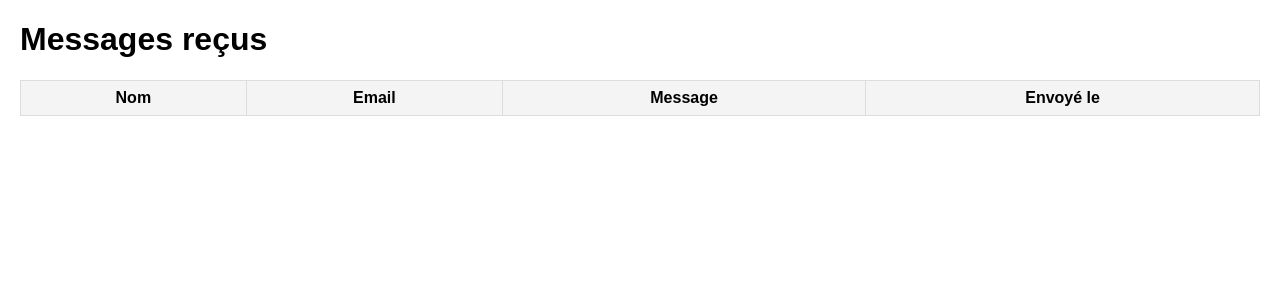
Repository: prestige225/prestige_digit_store_backend
Page: admin.html
The author's editor kept a copy of each file at every save. The page is drawn from the files as they stood at one save, then again after the next save.
The browser window is 1280 px wide. The pictures show the whole page.
The page's requests for data from a server got no answer.

Above is the page before, as saved 2025-06-05 02:35:32.
Not found: api/messages/all

After the next save:
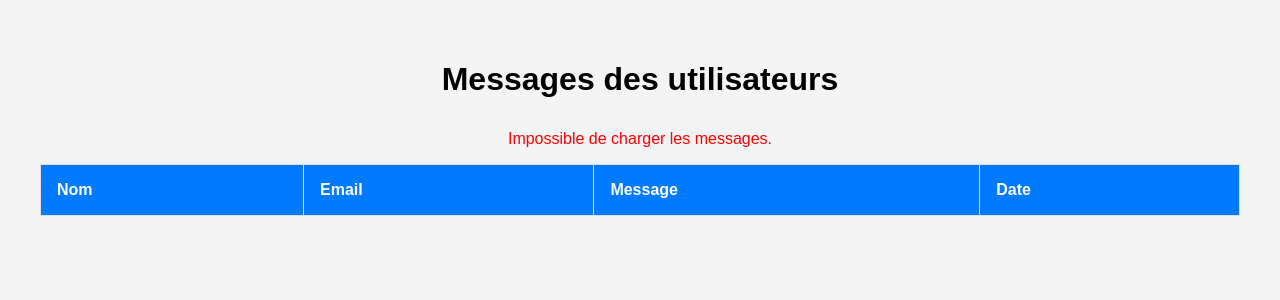
Saved 112 s later.
--- a/admin.html
+++ b/admin.html
@@ -3,65 +3,96 @@
 <html lang="fr">
 <head>
   <meta charset="UTF-8" />
-  <title>Page Admin - Messages reçus</title>
+  <meta name="viewport" content="width=device-width, initial-scale=1.0"/>
+  <title>Admin - Messages reçus</title>
   <style>
-    body { font-family: Arial, sans-serif; margin: 20px; }
-    table { border-collapse: collapse; width: 100%; }
-    th, td { border: 1px solid #ddd; padding: 8px; }
-    th { background: #f4f4f4; }
+    body {
+      font-family: Arial, sans-serif;
+      padding: 2rem;
+      background-color: #f4f4f4;
+    }
+
+    h1 {
+      text-align: center;
+      margin-bottom: 2rem;
+    }
+
+    table {
+      width: 100%;
+      border-collapse: collapse;
+      background-color: white;
+    }
+
+    th, td {
+      padding: 1rem;
+      border: 1px solid #ddd;
+      text-align: left;
+    }
+
+    th {
+      background-color: #007BFF;
+      color: white;
+    }
+
+    tr:nth-child(even) {
+      background-color: #f9f9f9;
+    }
+
+    .error {
+      color: red;
+      text-align: center;
+    }
   </style>
 </head>
 <body>
 
-<h1>Messages reçus</h1>
+  <h1>Messages des utilisateurs</h1>
+  <p id="error" class="error"></p>
 
-<table id="messagesTable">
-  <thead>
-    <tr>
-      <th>Nom</th>
-      <th>Email</th>
-      <th>Message</th>
-      <th>Envoyé le</th>
-    </tr>
-  </thead>
-  <tbody>
-    <!-- Les messages seront insérés ici -->
-  </tbody>
-</table>
+  <table id="messagesTable">
+    <thead>
+      <tr>
+        <th>Nom</th>
+        <th>Email</th>
+        <th>Message</th>
+        <th>Date</th>
+      </tr>
+    </thead>
+    <tbody>
+      <!-- Les messages seront insérés ici -->
+    </tbody>
+  </table>
 
-<script>
-  // Fonction pour charger les messages depuis le backend
-  async function loadMessages() {
-    try {
-      const response = await fetch('/api/messages/all');
-      if (!response.ok) {
-        throw new Error('Erreur lors de la récupération des messages');
-      }
-      const messages = await response.json();
+  <script>
+    fetch('http://localhost:3000/api/messages')
+      .then(res => {
+        if (!res.ok) throw new Error('Erreur lors du chargement des messages');
+        return res.json();
+      })
+      .then(data => {
+        const tbody = document.querySelector('#messagesTable tbody');
 
-      const tbody = document.querySelector('#messagesTable tbody');
-      tbody.innerHTML = ''; // vide le tableau
+        if (data.length === 0) {
+          document.getElementById('error').textContent = 'Aucun message trouvé.';
+          return;
+        }
 
-      messages.forEach(msg => {
-        const tr = document.createElement('tr');
-
-        tr.innerHTML = `
-          <td>${msg.name}</td>
-          <td>${msg.email}</td>
-          <td>${msg.message}</td>
-          <td>${msg.created_at}</td>
-        `;
-
-        tbody.appendChild(tr);
+        data.forEach(msg => {
+          const row = document.createElement('tr');
+          row.innerHTML = `
+            <td>${msg.name}</td>
+            <td>${msg.email}</td>
+            <td>${msg.message}</td>
+            <td>${new Date(msg.created_at).toLocaleString()}</td>
+          `;
+          tbody.appendChild(row);
+        });
+      })
+      .catch(err => {
+        console.error(err);
+        document.getElementById('error').textContent = 'Impossible de charger les messages.';
       });
-    } catch (error) {
-      alert(error.message);
-    }
-  }
-
-  // Chargement au démarrage de la page
-  window.onload = loadMessages;
-</script>
+  </script>
 
 </body>
 </html>
